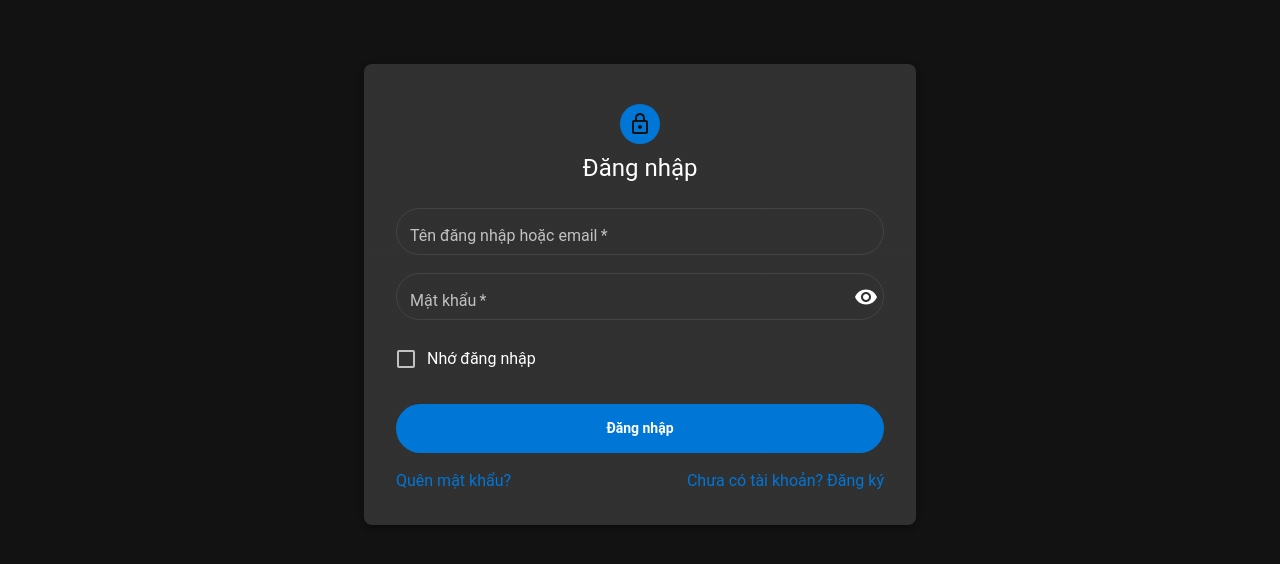
Repository: thtrunghau/ecommerce-ui-dacntt
Page: /auth/login
An editor plug-in stored every save of this project. The page is shown before and after the next save, followed by the edit.
The browser window is 1280 px wide. The pictures show the whole page.
The project was rebuilt for these pictures with package versions that can differ from the ones it lists, and the page was loaded fresh each time. Also part of the build but not shown: vite.config.ts, src/mockData/mockData.ts, src/utils/helpers.ts, src/components/shared/NavDropdown.tsx, src/components/shared/UserMenu.tsx, src/components/shared/Header.tsx, src/components/common/RoundedButton.tsx, src/components/features/home/HeroSection.tsx and 7 more.

Above is the page before, as saved 2025-06-13 00:27:29.

### src/index.css
@tailwind base;
@tailwind components;
@tailwind utilities;

/* Custom line clamp utilities */
.line-clamp-2 {
  display: -webkit-box;
  -webkit-line-clamp: 2;
  -webkit-box-orient: vertical;
  overflow: hidden;
}

/* Animation utilities */
@keyframes fade-in-up {
  from {
    opacity: 0;
    transform: translateY(20px);
  }
  to {
    opacity: 1;
    transform: translateY(0);
  }
}

.animate-fade-in-up {
  animation: fade-in-up 0.6s ease-out;
}

### src/App.tsx
import { BrowserRouter as Router, Routes, Route } from "react-router-dom";
import Header from "./components/shared/Header";
import Home from "./pages/Home";
import Footer from "./components/shared/Footer";
import { AuthProvider } from "./contexts/AuthContext";
import Register from "./pages/auth/Register";
import Login from "./pages/auth/Login";
import RegisterStandalone from "./pages/auth/RegisterStandalone";
import LoginStandalone from "./pages/auth/LoginStandalone";

export default function App() {
  return (
    <AuthProvider>
      <Router>
        {" "}
        <Routes>
          {" "}
          {/* Auth routes */}
          <Route path="/auth">
            <Route path="register" element={<RegisterStandalone />} />
            <Route path="login" element={<LoginStandalone />} />
          </Route>
          {/* Main layout routes with header/footer */}
          <Route
            path="/*"
            element={
              <div className="flex min-h-screen flex-col">
                <Header />
                <main className="flex-grow pt-24 lg:pt-28">
                  <Routes>
                    <Route path="/" element={<Home />} />
                    <Route path="/register" element={<Register />} />
                    <Route path="/login" element={<Login />} />
                    {/* Add other routes here as needed */}
                  </Routes>
                </main>
                <Footer />
              </div>
            }
          />
        </Routes>
      </Router>
    </AuthProvider>
  );
}

### src/contexts/AuthContext.tsx
import {
  createContext,
  useContext,
  useState,
  type ReactNode,
  useMemo,
} from "react";

interface User {
  id: string;
  username: string;
  email: string;
  phone?: string; // Thêm trường số điện thoại
  name?: string;
  avatar?: string;
}

interface AuthContextType {
  isAuthenticated: boolean;
  user: User | null;
  login: (user: User) => void;
  logout: () => void;
  register: (user: User) => void;
}

const AuthContext = createContext<AuthContextType | undefined>(undefined);

export const AuthProvider = ({ children }: { children: ReactNode }) => {
  const [user, setUser] = useState<User | null>(null);

  // Kiểm tra trạng thái xác thực từ localStorage khi khởi động
  const isAuthenticated = Boolean(user);

  const login = (userData: User) => {
    setUser(userData);
    localStorage.setItem("user", JSON.stringify(userData));
  };

  const logout = () => {
    setUser(null);
    localStorage.removeItem("user");
  };

  const register = (userData: User) => {
    // Trong thực tế, đây là nơi bạn sẽ gọi API đăng ký
    setUser(userData);
    localStorage.setItem("user", JSON.stringify(userData));
  };

  const value = useMemo(
    () => ({
      isAuthenticated,
      user,
      login,
      logout,
      register,
    }),
    [isAuthenticated, user],
  );

  return <AuthContext.Provider value={value}>{children}</AuthContext.Provider>;
};

export const useAuth = () => {
  const context = useContext(AuthContext);
  if (context === undefined) {
    throw new Error("useAuth must be used within an AuthProvider");
  }
  return context;
};

### src/pages/auth/LoginStandalone.tsx
import React, { useState } from "react";
import { Link, useNavigate } from "react-router-dom";
import {
  Container,
  Box,
  Typography,
  TextField,
  Button,
  Paper,
  Avatar,
  IconButton,
  InputAdornment,
  ThemeProvider,
  createTheme,
  CssBaseline,
  Alert,
  FormControlLabel,
  Checkbox,
} from "@mui/material";
import { Visibility, VisibilityOff, LockOutlined } from "@mui/icons-material";
import useAuthStore from "../../store/authStore";

// Sử dụng lại theme tối tương tự trang Register
const darkTheme = createTheme({
  palette: {
    mode: "dark",
    primary: { main: "#0076d7" },
    secondary: { main: "#30336b" },
    background: { default: "#121212", paper: "#1e1e1e" },
  },
  typography: {
    fontFamily: '"Samsung One", "Roboto", "Helvetica", "Arial", sans-serif',
  },  components: {
    MuiTextField: {
      styleOverrides: {
        root: {
          marginBottom: 2,
          "& .MuiOutlinedInput-root": {
            "& fieldset": {
              borderColor: "#444",
              borderRadius: "9999px",
            },
            "&:hover fieldset": { borderColor: "#666" },
            "&.Mui-focused fieldset": { borderColor: "#0076d7" },
          },
          "& .MuiInputBase-input": {
            padding: "12px 14px",
          },
          "& .MuiInputAdornment-root": {
            marginLeft: "12px",
            marginRight: "-4px",
          },
        },
      },
    },
    MuiButton: {
      styleOverrides: {
        root: {
          textTransform: "none",
          fontWeight: 600,
          boxShadow: "none",
          padding: "12px 24px",
          borderRadius: "9999px",
          "&:hover": { boxShadow: "none" },
        },
        contained: {
          backgroundColor: "#0076d7",
          "&:hover": { backgroundColor: "#0067be" },
        },
        outlined: {
          borderColor: "rgba(255, 255, 255, 0.12)",
          color: "#fff",
          "&:hover": {
            borderColor: "rgba(255, 255, 255, 0.24)",
            backgroundColor: "rgba(255, 255, 255, 0.04)",
          },
        },
      },
    },
  },
});

interface LoginFormData {
  username: string;
  password: string;
  rememberMe: boolean;
}

const initialFormData: LoginFormData = {
  username: "",
  password: "",
  rememberMe: false,
};

const LoginStandalone: React.FC = () => {
  const navigate = useNavigate();
  const { login } = useAuthStore();
  const [formData, setFormData] = useState<LoginFormData>(initialFormData);
  const [showPassword, setShowPassword] = useState<boolean>(false);
  const [errors, setErrors] = useState<Partial<LoginFormData>>({});
  const [formError, setFormError] = useState<string | null>(null);

  const handleChange = (
    e: React.ChangeEvent<HTMLInputElement | HTMLTextAreaElement>,
  ) => {
    const { name, value } = e.target;
    setFormData((prev) => ({ ...prev, [name]: value }));
    if (errors[name as keyof LoginFormData]) {
      setErrors((prev) => ({ ...prev, [name]: undefined }));
    }
    if (formError) setFormError(null);
  };

  const handleCheckboxChange = (e: React.ChangeEvent<HTMLInputElement>) => {
    const { name, checked } = e.target;
    setFormData((prev) => ({ ...prev, [name]: checked }));
  };

  const validateForm = (): boolean => {
    const newErrors: Partial<LoginFormData> = {};
    let isValid = true;
    if (!formData.username.trim()) {
      newErrors.username = "Tên đăng nhập hoặc email là bắt buộc";
      isValid = false;
    }
    if (!formData.password) {
      newErrors.password = "Mật khẩu là bắt buộc";
      isValid = false;
    }
    setErrors(newErrors);
    return isValid;
  };

  const handleSubmit = (e: React.FormEvent<HTMLFormElement>) => {
    e.preventDefault();
    if (validateForm()) {
      try {
        const user = {
          id: crypto.randomUUID(),
          username: formData.username,
          email: formData.username.includes("@")
            ? formData.username
            : `${formData.username}@example.com`,
          phone: "0123456789", // Mock phone number
        };
        login(user);
        navigate("/");
      } catch (error) {
        setFormError("Tên đăng nhập hoặc mật khẩu không đúng.");
        console.error("Login error:", error);
      }
    }
  };

  return (
    <ThemeProvider theme={darkTheme}>
      <CssBaseline />
      <Container component="main" maxWidth="sm" sx={{ mb: 8, mt: 8 }}>
        <Paper
          elevation={3}
          sx={{
            p: 4,
            display: "flex",
            flexDirection: "column",
            alignItems: "center",
            bgcolor: "background.paper",
            borderRadius: 2,
          }}
        >
          <Avatar sx={{ m: 1, bgcolor: "primary.main" }}>
            <LockOutlined />
          </Avatar>
          <Typography component="h1" variant="h5" sx={{ mb: 3 }}>
            Đăng nhập
          </Typography>
          {formError && (
            <Alert severity="error" sx={{ width: "100%", mb: 2 }}>
              {formError}
            </Alert>
          )}
          <Box component="form" onSubmit={handleSubmit} sx={{ width: "100%" }}>
            <div className="flex flex-col gap-4">
              <TextField
                name="username"
                required
                fullWidth
                id="username"
                label="Tên đăng nhập hoặc email"
                value={formData.username}
                onChange={handleChange}
                error={Boolean(errors.username)}
                helperText={errors.username}
                autoComplete="username"
              />
              <TextField
                required
                fullWidth
                name="password"
                label="Mật khẩu"
                type={showPassword ? "text" : "password"}
                id="password"
                autoComplete="current-password"
                value={formData.password}
                onChange={handleChange}
                error={Boolean(errors.password)}
                helperText={errors.password}
                InputProps={{
                  endAdornment: (
                    <InputAdornment position="end">
                      <IconButton
                        aria-label="toggle password visibility"
                        onClick={() => setShowPassword(!showPassword)}
                        edge="end"
                      >
                        {showPassword ? <VisibilityOff /> : <Visibility />}
                      </IconButton>
                    </InputAdornment>
                  ),
                }}
              />
              <FormControlLabel
                control={
                  <Checkbox
                    name="rememberMe"
                    color="primary"
                    checked={formData.rememberMe}
                    onChange={handleCheckboxChange}
                  />
                }
                label="Nhớ đăng nhập"
              />
            </div>
            <Button
              type="submit"
              fullWidth
              variant="contained"
              sx={{ mt: 3, mb: 2 }}
            >
              Đăng nhập
            </Button>
            <div className="flex flex-col justify-between gap-4 sm:flex-row">
              <div>
                <Link
                  to="/forgot-password"
                  style={{ color: darkTheme.palette.primary.main }}
                >
                  Quên mật khẩu?
                </Link>
              </div>
              <div className="sm:text-right">
                <Link
                  to="/register/standalone"
                  style={{ color: darkTheme.palette.primary.main }}
                >
                  Chưa có tài khoản? Đăng ký
                </Link>
              </div>
            </div>
          </Box>
        </Paper>
      </Container>
    </ThemeProvider>
  );
};

export default LoginStandalone;

### src/store/authStore.ts
import { create } from "zustand";

interface User {
  id: string;
  username: string;
  email: string;
  phone?: string; // Thêm trường số điện thoại
  name?: string;
  avatar?: string;
}

interface AuthState {
  isAuthenticated: boolean;
  user: User | null;
  login: (user: User) => void;
  logout: () => void;
  register: (user: User) => void;
}

// Tạo Auth Store với Zustand
const useAuthStore = create<AuthState>((set) => {
  // Kiểm tra user từ localStorage
  const savedUser = localStorage.getItem("user");
  const parsedUser = savedUser ? JSON.parse(savedUser) : null;

  return {
    isAuthenticated: Boolean(parsedUser),
    user: parsedUser,

    login: (user) => {
      localStorage.setItem("user", JSON.stringify(user));
      set({ isAuthenticated: true, user });
    },

    logout: () => {
      localStorage.removeItem("user");
      set({ isAuthenticated: false, user: null });
    },

    register: (user) => {
      localStorage.setItem("user", JSON.stringify(user));
      set({ isAuthenticated: true, user });
    },
  };
});

export default useAuthStore;

### tailwind.config.js
/** @type {import('tailwindcss').Config} */
export default {
  content: ["./index.html", "./src/**/*.{js,ts,jsx,tsx}"],
  theme: {
    extend: {},
  },
  plugins: [],
  corePlugins: {
    lineClamp: true,
  },
};

Loaded but not shown: index.html (common file); src/main.tsx (common file)

After the next save:
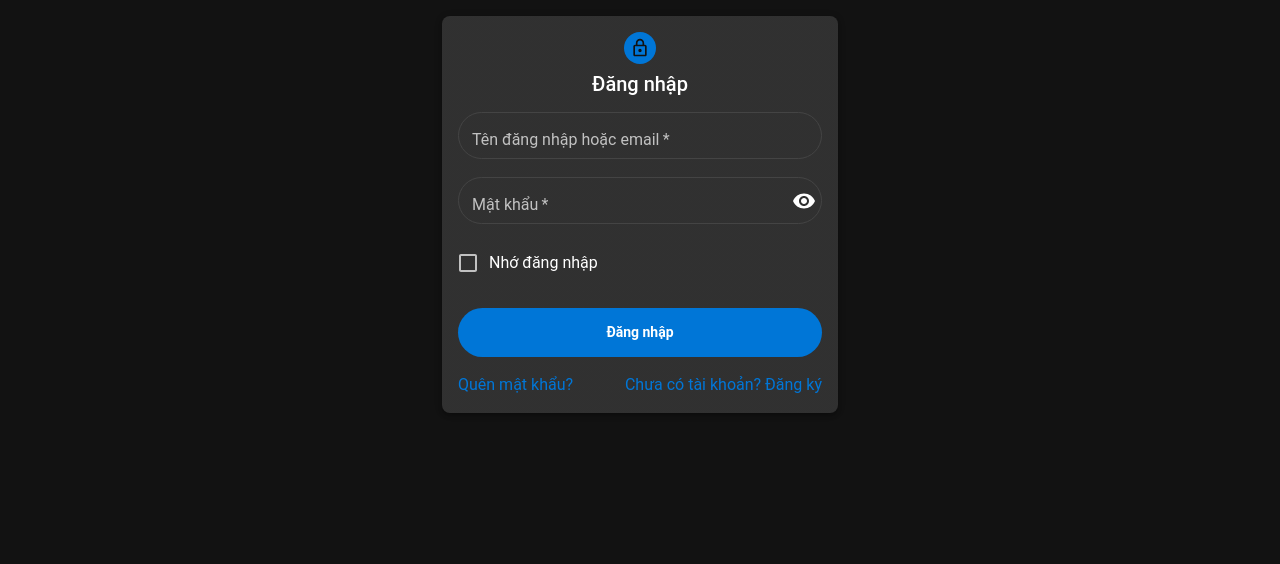
Saved 16 s later.
--- a/src/pages/auth/LoginStandalone.tsx
+++ b/src/pages/auth/LoginStandalone.tsx
@@ -154,12 +154,11 @@ const LoginStandalone: React.FC = () => {
 
   return (
     <ThemeProvider theme={darkTheme}>
-      <CssBaseline />
-      <Container component="main" maxWidth="sm" sx={{ mb: 8, mt: 8 }}>
+      <CssBaseline />      <Container component="main" maxWidth="xs" sx={{ mb: 2, mt: 2 }}>
         <Paper
           elevation={3}
           sx={{
-            p: 4,
+            p: 2,
             display: "flex",
             flexDirection: "column",
             alignItems: "center",
@@ -167,10 +166,10 @@ const LoginStandalone: React.FC = () => {
             borderRadius: 2,
           }}
         >
-          <Avatar sx={{ m: 1, bgcolor: "primary.main" }}>
-            <LockOutlined />
+          <Avatar sx={{ mb: 0.5, bgcolor: "primary.main", width: 32, height: 32 }}>
+            <LockOutlined sx={{ fontSize: 20 }} />
           </Avatar>
-          <Typography component="h1" variant="h5" sx={{ mb: 3 }}>
+          <Typography component="h1" variant="h6" sx={{ mb: 1.5 }}>
             Đăng nhập
           </Typography>
           {formError && (
